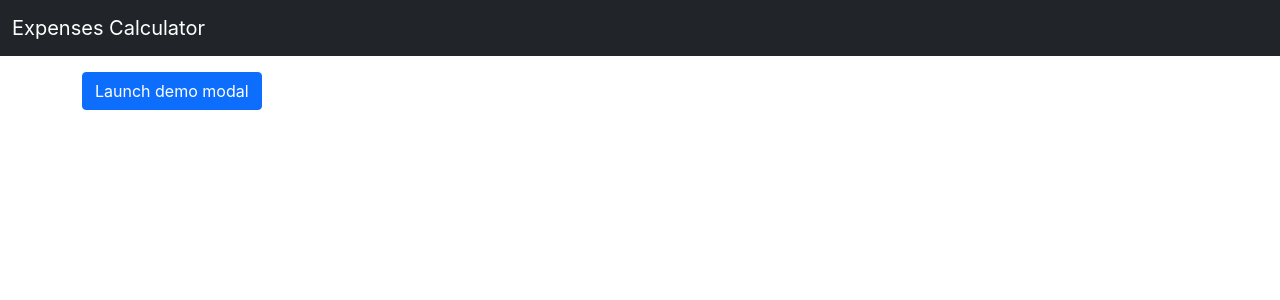
Repository: eidankhan/expenses-calculator
Page: /
The author's editor kept a copy of each file at every save. The page is drawn from the files as they stood at one save, then again after the next save.
The browser window is 1280 px wide. The pictures show the whole page.
The project was rebuilt for these pictures with package versions that can differ from the ones it lists, and the page was loaded fresh each time.

Above is the page before, as saved 2021-11-29 15:34:20.

### public/index.html
<!DOCTYPE html>
<html lang="en">
  <head>
    <meta charset="utf-8" />
    <link rel="icon" href="%PUBLIC_URL%/favicon.ico" />
    <meta name="viewport" content="width=device-width, initial-scale=1" />
    <meta name="theme-color" content="#000000" />
    <meta
      name="description"
      content="Web site created using create-react-app"
    />
    <link rel="apple-touch-icon" href="%PUBLIC_URL%/logo192.png" />
    <link rel="manifest" href="%PUBLIC_URL%/manifest.json" />
    <!-- CSS only -->
    <link
      href="https://cdn.jsdelivr.net/npm/bootstrap@5.1.3/dist/css/bootstrap.min.css"
      rel="stylesheet"
      integrity="sha384-1BmE4kWBq78iYhFldvKuhfTAU6auU8tT94WrHftjDbrCEXSU1oBoqyl2QvZ6jIW3"
      crossorigin="anonymous"
    />
    <title>Shopping Cart App</title>
  </head>
  <body>
    <noscript>You need to enable JavaScript to run this app.</noscript>
    <div id="root"></div>
    <!-- JavaScript Bundle with Popper -->
    <script
      src="https://cdn.jsdelivr.net/npm/bootstrap@5.1.3/dist/js/bootstrap.bundle.min.js"
      integrity="sha384-ka7Sk0Gln4gmtz2MlQnikT1wXgYsOg+OMhuP+IlRH9sENBO0LRn5q+8nbTov4+1p"
      crossorigin="anonymous"
    ></script>
  </body>
</html>

### src/App.js
// import {
//   BrowserRouter as Router,
//   Routes,
//   Route,
// } from "react-router-dom";

import { Income } from "./components/Income";
import { Navbar } from "./components/Navbar";

function App() {
  return (
    <>
      <Navbar />
      <div className="container my-3">
        <Income/>
      </div>
    </>
  );
}

export default App;

### src/components/Income.js
import React from "react";

export const Income = () => {
  return (
    <div>
      <button
        type="button"
        className="btn btn-primary"
        data-bs-toggle="modal"
        data-bs-target="#exampleModal"
      >
        Launch demo modal
      </button>
      <div
        className="modal fade"
        id="exampleModal"
        tabindex="-1"
        aria-labelledby="exampleModalLabel"
        aria-hidden="true"
      >
        <div className="modal-dialog">
          <div className="modal-content">
            <div className="modal-header">
              <h5 className="modal-title" id="exampleModalLabel">
                Modal title
              </h5>
              <button
                type="button"
                className="btn-close"
                data-bs-dismiss="modal"
                aria-label="Close"
              ></button>
            </div>
            <div className="modal-body">...</div>
            <div className="modal-footer">
              <button
                type="button"
                className="btn btn-secondary"
                data-bs-dismiss="modal"
              >
                Close
              </button>
              <button type="button" className="btn btn-primary">
                Save changes
              </button>
            </div>
          </div>
        </div>
      </div>
    </div>
  );
};

### src/components/Navbar.js
import React from "react";

export const Navbar = () => {
  return (
    <nav className="navbar navbar-dark bg-dark">
      <div className="container-fluid">
        <a className="navbar-brand" href="/" > Expenses Calculator</a>

        {/* <form className="d-flex">
          <input
            className="form-control me-2"
            type="search"
            placeholder="Search"
            aria-label="Search"
          />
          <button className="btn btn-outline-success" type="submit">
            Search
          </button>
        </form> */}

      </div>
    </nav>
  );
};

Loaded but not shown: src/index.js (common file); src/index.css (common file)

After the next save:
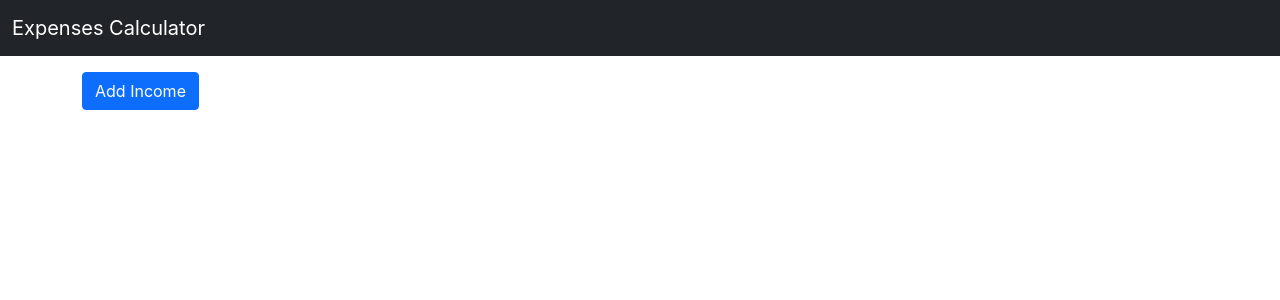
Saved 6 min 30 s later.
--- a/src/components/Income.js
+++ b/src/components/Income.js
@@ -9,7 +9,7 @@ export const Income = () => {
         data-bs-toggle="modal"
         data-bs-target="#exampleModal"
       >
-        Launch demo modal
+        Add Income
       </button>
       <div
         className="modal fade"
